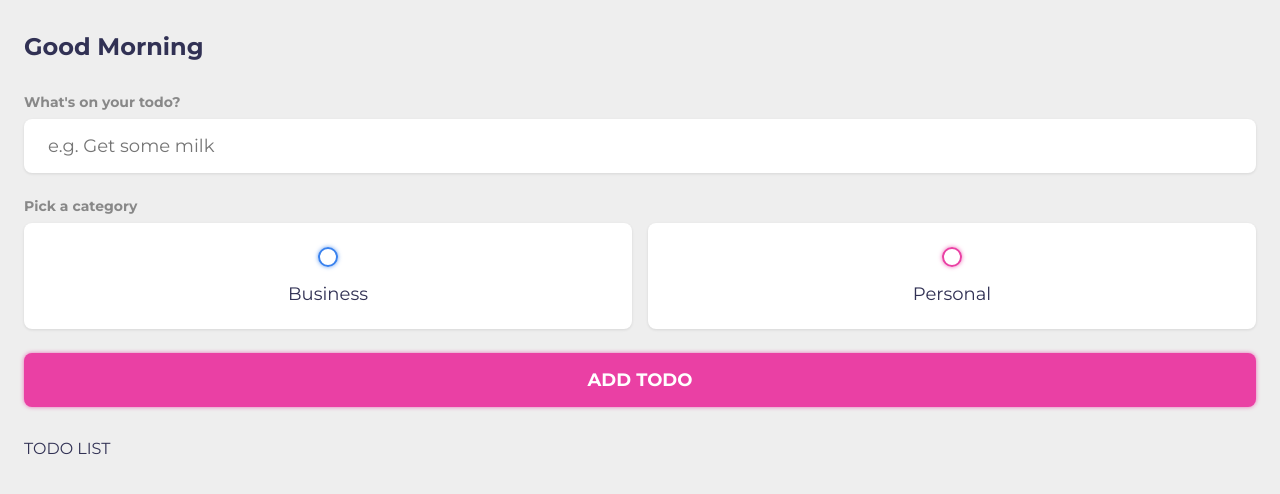
Repository: kluivert-ssali/kaDo_final
Page: index.html
These files come from the project's save history. The page is drawn as it stood at one moment and after the next save; the edit follows.
The browser window is 1280 px wide. The pictures show the whole page.
Some web libraries are served in a nearby version.

Above is the page before, as saved 2023-06-11 20:37:01.

### index.html
<!DOCTYPE html>
<html lang="en">
  <head>
    <meta charset="UTF-8" />
    <meta http-equiv="X-UA-Compatible" content="IE=edge" />
    <meta name="viewport" content="width=device-width, initial-scale=1.0" />
    <title>KaDo</title>
    <!-- CSS Import -->
    <link rel="stylesheet" href="main.css" />
    <!-- End of CSS Import -->
    <!-- Fonts -->
    <link rel="preconnect" href="https://fonts.googleapis.com" />
    <link rel="preconnect" href="https://fonts.gstatic.com" crossorigin />
    <link
      href="https://fonts.googleapis.com/css2?family=Fira+Sans:ital,wght@0,400;0,700;0,900;1,400&family=Montserrat:ital,wght@0,400;0,700;0,900;1,400&display=swap"
      rel="stylesheet"
    />
    <!-- End of Fonts -->
  </head>
  <body>
    <script src="https://ajax.googleapis.com/ajax/libs/jquery/2.1.1/jquery.min.js"></script>
    <!-- App Wrapper -->
    <main class="app">
      <!-- Greeting -->
      <h3 class="day-message"></h3>
      <section class="greeting">
        <h2 class="title">
          <h2 class="day-message">
            ,<input type="text" id="name" placeholder="Name here" />
          </h2>
        </h2>
      </section>
      <!-- End of Greeting -->

      <!-- New Todo -->
      <section class="create-todo">
        <form id="new-todo-form">
          <h4>What's on your todo?</h4>
          <input
            type="text"
            placeholder="e.g. Get some milk"
            name="content"
            id="content"
          />

          <h4>Pick a category</h4>
          <div class="options">
            <label>
              <input
                type="radio"
                name="category"
                id="category1"
                value="business"
              />
              <span class="bubble business"></span>
              <div>Business</div>
            </label>
            <label>
              <input
                type="radio"
                name="category"
                id="category2"
                value="personal"
              />
              <span class="bubble personal"></span>
              <div>Personal</div>
            </label>
          </div>

          <input type="submit" value="Add todo" />
        </form>
      </section>
      <!-- End of New Todo -->

      <!-- Todo List -->
      <section class="todo-list">
        <h3>TODO LIST</h3>
        <div class="list" id="todo-list"></div>
      </section>
      <!-- End of Todo List -->
    </main>
    <!-- End of App Wrapper -->

    <!-- JS Import -->
    <script src="main.js"></script>
    <!-- End of JS Import -->
  </body>
</html>

### main.css
/* Variables */
:root {
	--primary: #EA40A4;
	--business: #3a82ee;
	--personal: var(--primary);
	--light: #EEE;
	--grey: #888;
	--dark: #313154;
	--danger: #ff5b57;

	--shadow: 0 1px 3px rgba(0, 0, 0, 0.1);

	--business-glow: 0px 0px 4px rgba(58, 130, 238, 0.75);
	--personal-glow: 0px 0px 4px rgba(234, 64, 164, 0.75);
}
/* End of Variables */

/* Resets */
* {
	margin: 0;
	padding: 0;
	box-sizing: border-box;
	font-family: 'montserrat', sans-serif;
}

input:not([type="radio"]):not([type="checkbox"]), button {
	appearance: none;
	border: none;
	outline: none;
	background: none;
	cursor: initial;
}
/* End of Resets */

body {
	background: var(--light);
	color: var(--dark);
}

section {
	margin-top: 2rem;
	margin-bottom: 2rem;
	padding-left: 1.5rem;
	padding-right: 1.5rem;
}

h3 {
	color: var(--dark);
	font-size: 1rem;
	font-weight: 400;
	margin-bottom: 0.5rem;
}

h4 {
	color: var(--grey);
	font-size: 0.875rem;
	font-weight: 700;
	margin-bottom: 0.5rem;
}

.greeting .title {
	display: flex;
}

.greeting .title input {
	margin-left: 0.5rem;
	flex: 1 1 0%;
	min-width: 0;
}

.greeting .title,
.greeting .title input {
	color: var(--dark);
	font-size: 1.5rem;
	font-weight: 700;
}

.create-todo input[type="text"] {
	display: block;
	width: 100%;
	font-size: 1.125rem;
	padding: 1rem 1.5rem;
	color: var(--dark);
	background-color: #FFF;
	border-radius: 0.5rem;
	box-shadow: var(--shadow);
	margin-bottom: 1.5rem;
}

.create-todo .options {
	display: grid;
	grid-template-columns: repeat(2, 1fr);
	grid-gap: 1rem;
	margin-bottom: 1.5rem;
}

.create-todo .options label {
	display: flex;
	flex-direction: column;
	align-items: center;
	justify-content: center;
	background-color: #FFF;
	padding: 1.5rem;
	box-shadow: var(--shadow);
	border-radius: 0.5rem;
	cursor: pointer;
}

input[type="radio"],
input[type="checkbox"] {
	display: none;
}

.bubble {
	display: flex;
	align-items: center;
	justify-content: center;
	width: 20px;
	height: 20px;
	border-radius: 999px;
	border: 2px solid var(--business);
	box-shadow: var(--business-glow);
}

.bubble.personal {
	border-color: var(--personal);
	box-shadow: var(--personal-glow);
}

.bubble::after {
	content: '';
	display: block;
	opacity: 0;
	width: 0px;
	height: 0px;
	background-color: var(--business);
	box-shadow: var(--business-glow);
	border-radius: 999px;
	transition: 0.2s ease-in-out;
}

.bubble.personal::after {
	background-color: var(--personal);
	box-shadow: var(--personal-glow);
}

input:checked ~ .bubble::after {
	width: 10px;
	height: 10px;
	opacity: 1;
}

.create-todo .options label div {
	color: var(--dark);
	font-size: 1.125rem;
	margin-top: 1rem;
}

.create-todo input[type="submit"] {
	display: block;
	width: 100%;
	font-size: 1.125rem;
	padding: 1rem 1.5rem;
	color: #FFF;
	font-weight: 700;
	text-transform: uppercase;
	background-color: var(--primary);
	box-shadow: var(--personal-glow);
	border-radius: 0.5rem;
	cursor: pointer;
	transition: 0.2s ease-out;
}

.create-todo input[type="submit"]:hover {
	opacity: 0.75;
}

.todo-list .list {
	margin: 1rem 0;
}

.todo-list .todo-item {
	display: flex;
	align-items: center;
	background-color: #FFF;
	padding: 1rem;
	border-radius: 0.5rem;
	box-shadow: var(--shadow);
	margin-bottom: 1rem;
}

.todo-item label {
	display: block;
	margin-right: 1rem;
	cursor: pointer;
}

.todo-item .todo-content {
	flex: 1 1 0%;
}

.todo-item .todo-content input {
	color: var(--dark);
	font-size: 1.125rem;
}

.todo-item .actions {
	display: flex;
	align-items: center;
}

.todo-item .actions button {
	display: block;
	padding: 0.5rem;
	border-radius: 0.25rem;
	color: #FFF;
	cursor: pointer;
	transition: 0.2s ease-in-out;
}

.todo-item .actions button:hover {
	opacity: 0.75;
}

.todo-item .actions .edit {
	margin-right: 0.5rem;
	background-color: var(--primary);
}

.todo-item .actions .delete {
	background-color: var(--danger);
}

.todo-item.done .todo-content input {
	text-decoration: line-through;
	color: var(--grey);
}

### main.js
// good morning function
$(document).ready(function() {
	function dateTime() {
	  var ndate = new Date();
	  var hours = ndate.getHours();
	  var message = hours < 12 ? 'Good Morning' : hours < 18 ? 'Good Afternoon' : 'Good Evening';
	  $("h2.day-message").text(message);

	  $('.date').html(hours.leadingZeroes(2) + ":" + ndate.getMinutes().leadingZeroes(2) + ":" + ndate.getSeconds().leadingZeroes(2) + (hours < 12 ? 'AM' : 'PM'));
	}

	setInterval(dateTime, 1000);
  });

  Number.prototype.leadingZeroes = function(len) {
	return (new Array(len).fill('0', 0).join('') + this).slice(-Math.abs(len));
  }
//   End of good morning furn



window.addEventListener('load', () => {
	todos = JSON.parse(localStorage.getItem('todos')) || [];
	const nameInput = document.querySelector('#name');
	const newTodoForm = document.querySelector('#new-todo-form');

	const username = localStorage.getItem('username') || '';

	nameInput.value = username;

	nameInput.addEventListener('change', (e) => {
		localStorage.setItem('username', e.target.value);
	})

	newTodoForm.addEventListener('submit', e => {
		e.preventDefault();

		const todo = {
			content: e.target.elements.content.value,
			category: e.target.elements.category.value,
			done: false,
			createdAt: new Date().getTime()
		}

		todos.push(todo);

		localStorage.setItem('todos', JSON.stringify(todos));

		// Reset the form
		e.target.reset();

		DisplayTodos()
	})

	DisplayTodos()
})

function DisplayTodos () {
	const todoList = document.querySelector('#todo-list');
	todoList.innerHTML = "";

	todos.forEach(todo => {
		const todoItem = document.createElement('div');
		todoItem.classList.add('todo-item');

		const label = document.createElement('label');
		const input = document.createElement('input');
		const span = document.createElement('span');
		const content = document.createElement('div');
		const actions = document.createElement('div');
		const edit = document.createElement('button');
		const deleteButton = document.createElement('button');

		input.type = 'checkbox';
		input.checked = todo.done;
		span.classList.add('bubble');
		if (todo.category == 'personal') {
			span.classList.add('personal');
		} else {
			span.classList.add('business');
		}
		content.classList.add('todo-content');
		actions.classList.add('actions');
		edit.classList.add('edit');
		deleteButton.classList.add('delete');

		content.innerHTML = `<input type="text" value="${todo.content}" readonly>`;
		edit.innerHTML = 'Edit';
		deleteButton.innerHTML = 'Delete';

		label.appendChild(input);
		label.appendChild(span);
		actions.appendChild(edit);
		actions.appendChild(deleteButton);
		todoItem.appendChild(label);
		todoItem.appendChild(content);
		todoItem.appendChild(actions);

		todoList.appendChild(todoItem);

		if (todo.done) {
			todoItem.classList.add('done');
		}

		input.addEventListener('change', (e) => {
			todo.done = e.target.checked;
			localStorage.setItem('todos', JSON.stringify(todos));

			if (todo.done) {
				todoItem.classList.add('done');
			} else {
				todoItem.classList.remove('done');
			}

			DisplayTodos()

		})

		edit.addEventListener('click', (e) => {
			const input = content.querySelector('input');
			input.removeAttribute('readonly');
			input.focus();
			input.addEventListener('blur', (e) => {
				input.setAttribute('readonly', true);
				todo.content = e.target.value;
				localStorage.setItem('todos', JSON.stringify(todos));
				DisplayTodos()

			})
		})

		deleteButton.addEventListener('click', (e) => {
			todos = todos.filter(t => t != todo);
			localStorage.setItem('todos', JSON.stringify(todos));
			DisplayTodos()
		})

	})
}

After the next save:
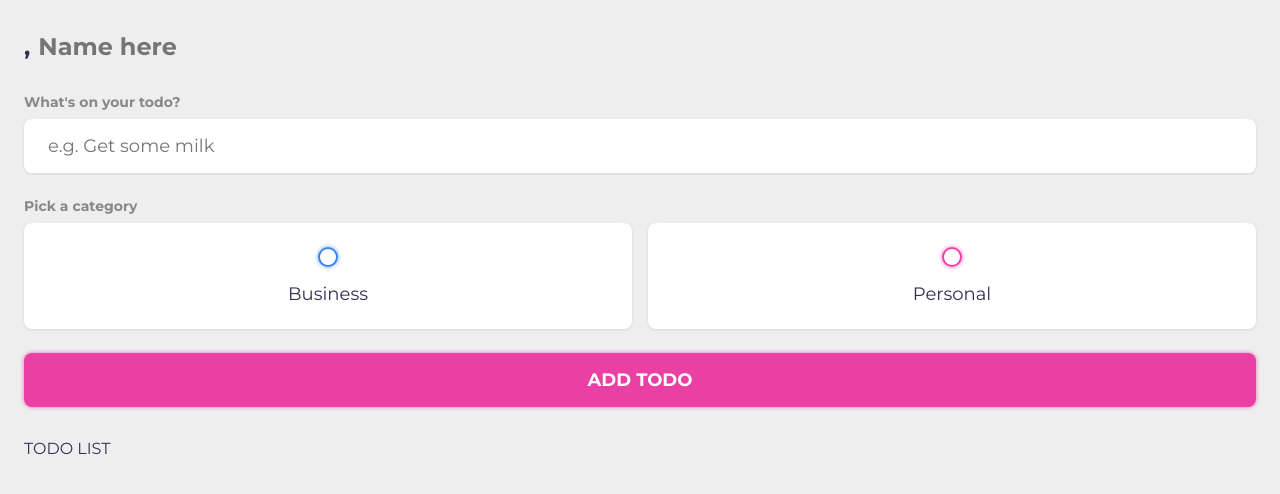
Saved 44 s later.
--- a/index.html
+++ b/index.html
@@ -22,12 +22,14 @@
     <!-- App Wrapper -->
     <main class="app">
       <!-- Greeting -->
-      <h3 class="day-message"></h3>
+      <h class="day-message"></h>
       <section class="greeting">
         <h2 class="title">
-          <h2 class="day-message">
-            ,<input type="text" id="name" placeholder="Name here" />
-          </h2>
+          <span class="day-message"></span>,<input
+            type="text"
+            id="name"
+            placeholder="Name here"
+          />
         </h2>
       </section>
       <!-- End of Greeting -->
